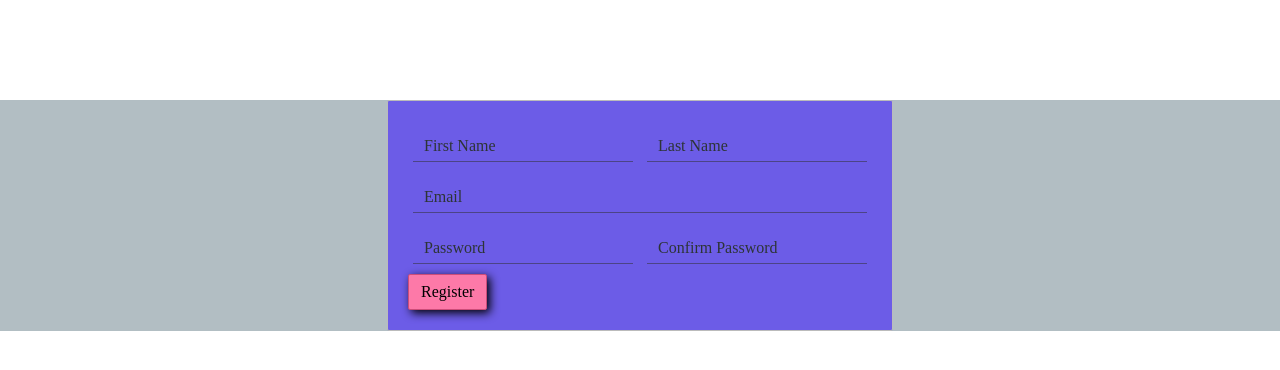
Repository: AMAmine89/vanilla-projects
Page: formo/index.html
An editor plug-in stored every save of this project. The page is shown before and after the next save, followed by the edit.
The browser window is 1280 px wide. The pictures show the whole page.
The first visible `input[type="submit"]` has the focus.

Above is the page before, as saved 2021-05-05 07:31:19.

### formo/index.html
<!DOCTYPE html>
<html lang="en">
<head>
    <meta charset="UTF-8">
    <meta http-equiv="X-UA-Compatible" content="IE=edge">
    <meta name="viewport" content="width=device-width, initial-scale=1.0">
    <link rel="stylesheet" href="css/normalize.css">
    <link rel="stylesheet" href="style.css">
    <title>Formo</title>
</head>
<body>
    <section>
        <form>
            <div class="double-block">
                <div>
                    <span class="first-name">
                        <input type="text" name="first-name" id="first-name">
                    </span>
                </div>
                <div>
                    <span class="last-name">
                        <input type="text" name="last-name">
                    </span>
                </div>
            </div>
            <div>
                <span class="email"><input type="email" name="email"></span>
            </div>
            <div class="double-block">
                <div>
                    <span class="password">
                        <input type="password" name="password">
                    </span>
                </div>
                <div>
                    <span class="confirm-password">
                        <input type="password" name="confirm-password">
                    </span>
                </div>
            </div>
            <div>
                <input type="submit" value="Register">
            </div>
        </form>
    </section>
</body>
</html>

### formo/style.css
section {
    display: flex;
    justify-content: center;
    margin-top: 100px;
    background-color: #b2bec3;
    color: #2d3436;
}

form {
    background: #6c5ce7;
    padding: 20px;
    border: 1px solid rgb(187, 187, 187);
    border-radius: 2px;
    -webkit-border-radius: 2px;
    -moz-border-radius: 2px;
    -ms-border-radius: 2px;
    -o-border-radius: 2px;
}

div {
    position: relative;
}

.double-block div {
    display: inline-block;
}

input:not(input[type="submit"]) {
    padding: 5px 10px;
    height: 20px;
    background: transparent;
    border-top: none;
    border-right: none;
    border-left: none;
    border-bottom: solid 1px rgba(49, 49, 49, 0.527);
    margin: 10px 5px;
    outline: none;
    z-index: 2;
}

input[type="email"] {
    width: -webkit-fill-available;
}

input:not(input[type="submit"])::after {
    content: '';
    width: 0;
    display: block;
    height: 1px;
    color: rgb(49, 49, 49);
    border-bottom: solid 1px;
    transition: width .3s ease-in-out;
    -webkit-transition: width .3s ease-in-out;
    -moz-transition: width .3s ease-in-out;
    -ms-transition: width .3s ease-in-out;
    -o-transition: width .3s ease-in-out;
}

input:not(input[type="submit"]):focus::after {
    width: 100%;
}

input[type="submit"] {
    padding: 8px 12px;
    background-color: #fd79a8;
    border: 1px solid #cc4c79;
    outline: none;
    cursor: pointer;
    box-shadow: 3px 3px 10px 0px black;
    border-radius: 2px;
    -webkit-border-radius: 2px;
    -moz-border-radius: 2px;
    -ms-border-radius: 2px;
    -o-border-radius: 2px;
    transition: all .3 ease-in-out;
    -webkit-transition: all .3 ease-in-out;
    -moz-transition: all .3 ease-in-out;
    -ms-transition: all .3 ease-in-out;
    -o-transition: all .3 ease-in-out;
}

input[type="submit"]:hover {
    background-color: #cc4c79;
    color: #b2bec3;
}

.first-name::before {
    content: 'First Name';
}

.last-name::before {
    content: 'Last Name';
}

.email::before {
    content: 'Email';
}
.password::before {
    content: 'Password';
}
.confirm-password::before {
    content: 'Confirm Password';
}

span {
    z-index: 1;
}

span::before {
    cursor: text;
    display: inline-block;
    position: absolute;
    top: 16px;
    left: 16px;
    bottom: 0;
    font-size: initial;
    transition: all .3s ease-in-out;
    -webkit-transition: all .3s ease-in-out;
    -moz-transition: all .3s ease-in-out;
    -ms-transition: all .3s ease-in-out;
    -o-transition: all .3s ease-in-out;
}

span:focus-within::before, span:focus::before  {
    top: 0;
    left: 10px;
    bottom: 30px;
    font-size: .85em;
}

label {
    cursor: text;
    display: inline-block;
    position: relative;
    bottom: auto;
    left: -180px;
    transition: bottom .7s ease-in-out;
    -webkit-transition: bottom .7s ease-in-out;
    -moz-transition: bottom .7s ease-in-out;
    -ms-transition: bottom .7s ease-in-out;
    -o-transition: bottom .7s ease-in-out;
}

Loaded but not shown: formo/normalize.css (library)

After the next save:
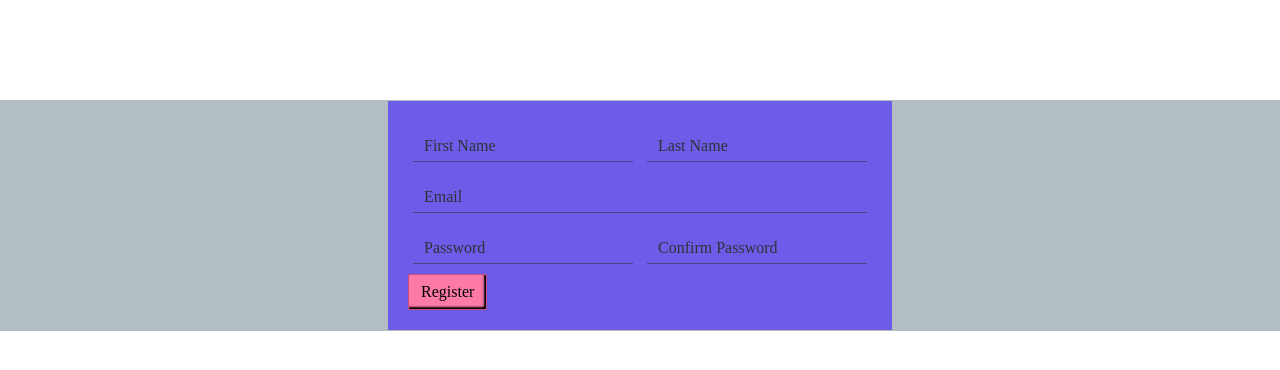
Saved 91 s later.
--- a/formo/style.css
+++ b/formo/style.css
@@ -84,6 +84,10 @@
     color: #b2bec3;
 }
 
+input[type="submit"]:focus {
+    box-shadow: inset -2px -2px 2px 0px black;
+}
+
 .first-name::before {
     content: 'First Name';
 }

After the save that followed:
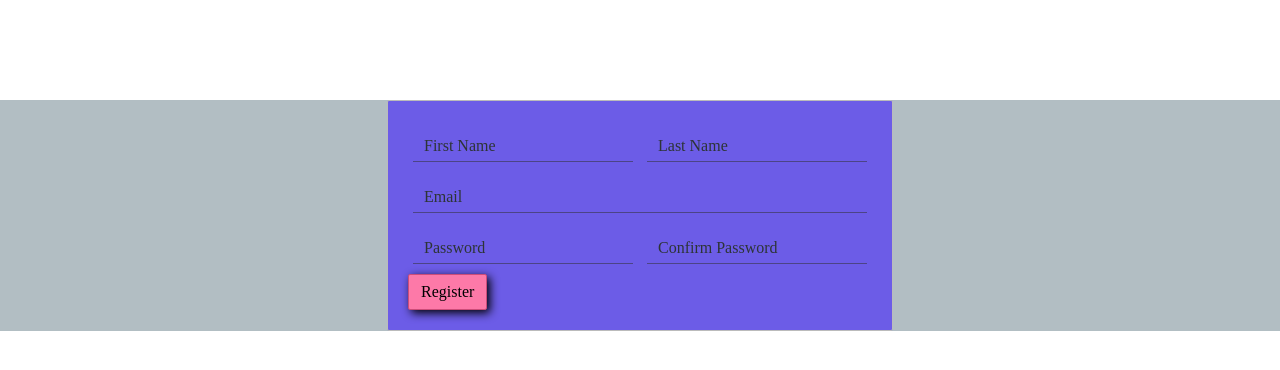
Saved 15 s later.
--- a/formo/style.css
+++ b/formo/style.css
@@ -84,10 +84,6 @@
     color: #b2bec3;
 }
 
-input[type="submit"]:focus {
-    box-shadow: inset -2px -2px 2px 0px black;
-}
-
 .first-name::before {
     content: 'First Name';
 }
